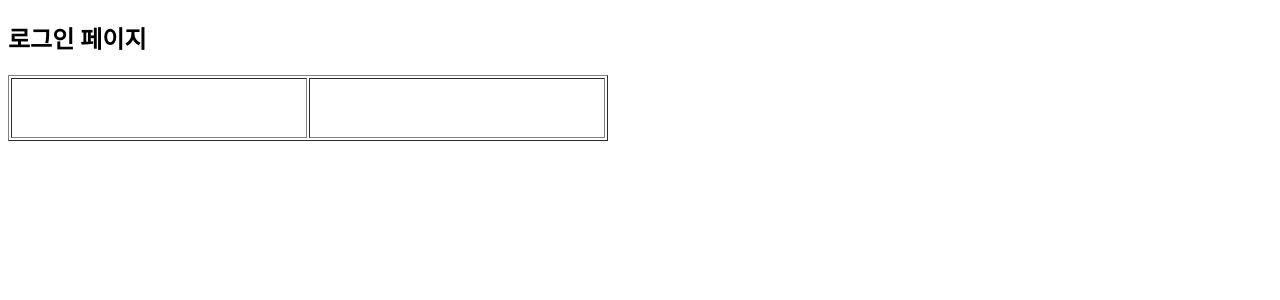
Repository: kkj68106810-dot/jsp2026
Page: http://localhost/chapter01/Request/RequestLogin.jsp
An editor plug-in stored every save of this project. The page is shown before and after a run of saves, followed by the edit.
The browser window is 1280 px wide. The pictures show the whole page.
The page is served by Tomcat 9.

Above is the page before, as saved 2026-10-19 05:47:44.

After the next 2 saves:
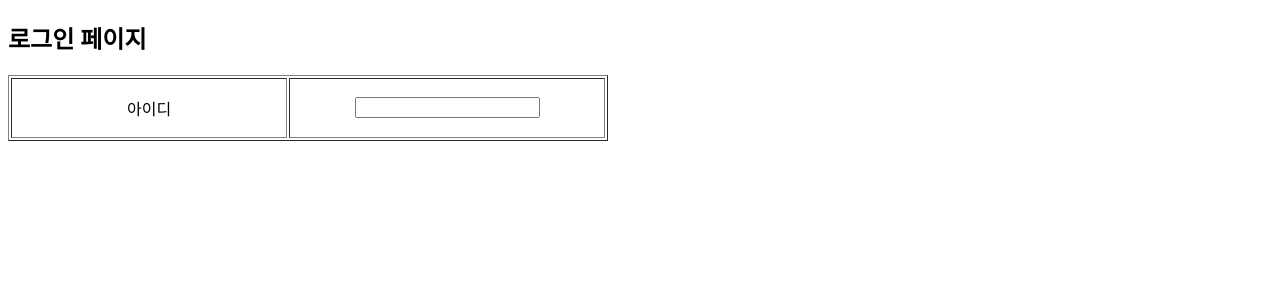
The 2 saves are shown as one change because they came seconds apart.
The last was saved 29 s later.
--- a/chapter01/src/main/webapp/Request/RequestLogin.jsp
+++ b/chapter01/src/main/webapp/Request/RequestLogin.jsp
@@ -13,8 +13,12 @@
 		<form action="RequestLoginProc" method="post">
 			<table width="600" border="1">
 				<tr height="60">
-					<td align="center" width="350"></td>
-					<td align="center" width="350"></td>
+					<td align="center" width="350">아이디</td>
+					<td align="center" width="350">
+						<input type="text" name="id">
+
+					</td>
+
 				</tr>
 			</table>
 		</form>
